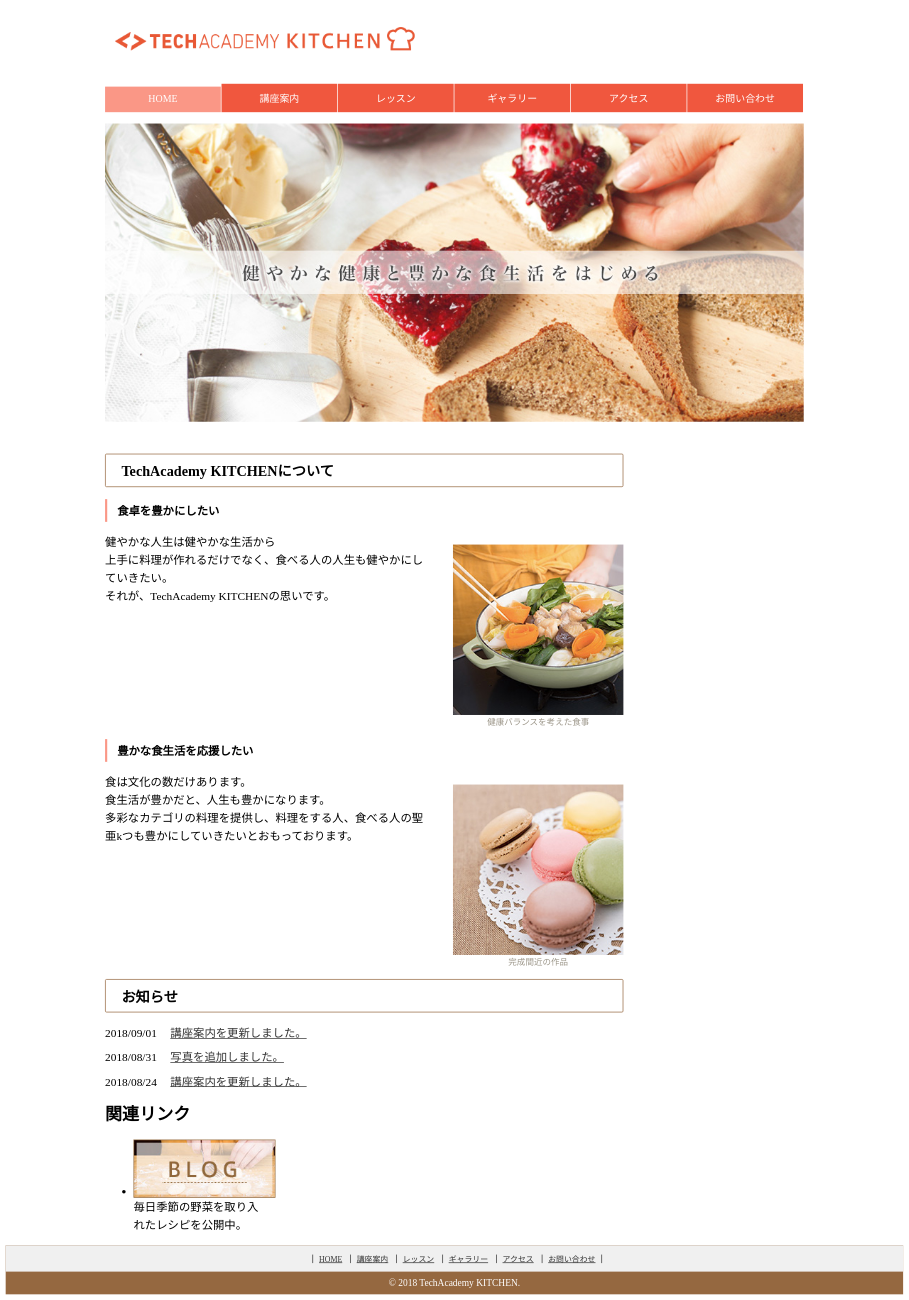
Repository: ichiro-fujii/kadai-commit
Page: kitchen.html
The author's editor kept a record of every edit. The page is drawn from the files as they stood at one moment, then again after the next edit.
The browser window is 1280 px wide. The pictures show the whole page, at 71% of full size.

Above is the page before.

After the next edit:
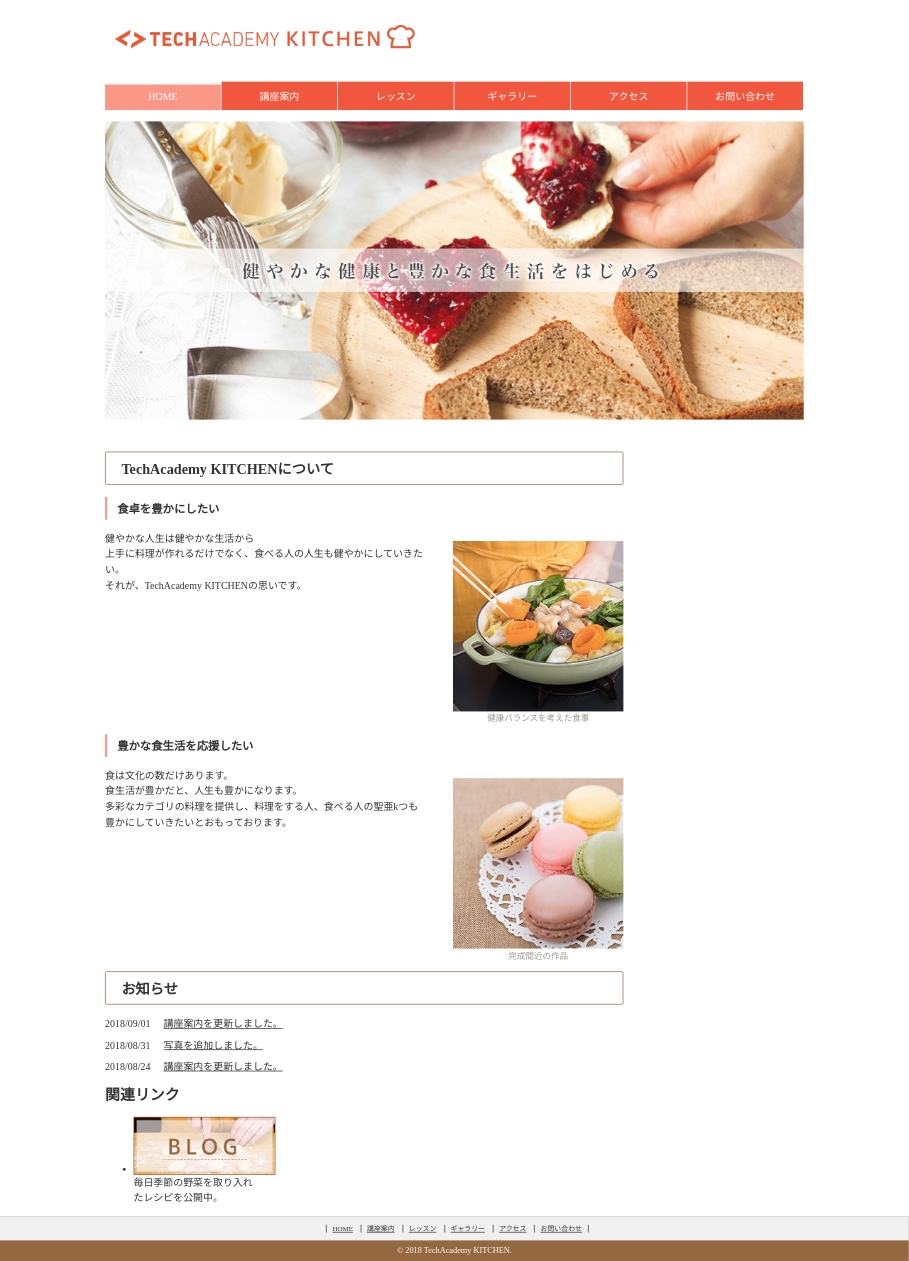
The edit:
--- a/kitchen.css
+++ b/kitchen.css
@@ -1,5 +1,4 @@
-@charset "UTF-8"
-
+@charset "UTF-8";
 
 body {
     margin: 0;
